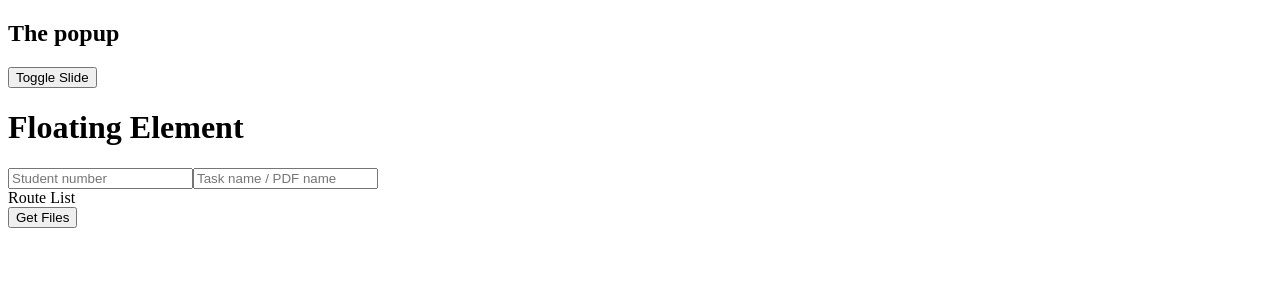
Repository: Morta-Organization/Dropbox-File-Finder-UI-popup-chrome-extension
Page: popup.html
An editor plug-in stored every save of this project. The page is shown before and after the next save, followed by the edit.
The browser window is 1280 px wide. The pictures show the whole page.

Above is the page before, as saved 2023-04-13 09:15:23.
Console error: TypeError: Cannot read properties of undefined (reading 'textContent')

### popup.html
<!DOCTYPE html>
<html lang="en">

<head>
   <meta charset="UTF-8">

   <meta http-equiv="X-UA-Compatible" content="IE=edge">
   <script src="./content.js" defer></script>
   <meta name="viewport" content="width=device-width, initial-scale=1.0">
   <title>Document</title>
</head>

<body>
    <div>
      <h2 class="h2-heading" id="h2Tag1">The popup</h2>
       </div>
    </div>






</body>

</html>

### content.js

let inputField1 = document.createElement("input");
let inputField2 = document.createElement("input");
let getFilesBtn = document.createElement("button");
let routeList = document.createElement("div")

// Function to create the UI elements
function createUI() {
  // Create the floating element properties
  routeList.className = "query-results";
  routeList.textContent = "Route List";
  const inputContainer = document.createElement("div");
  inputContainer.className = "main-input-container";
  let getFilesBtnContainer = document.createElement("div");
  getFilesBtn.className = "button button1 getFIles";
  getFilesBtn.textContent = "Get Files";
  getFilesBtn.addEventListener("click", () => {

  })
  getFilesBtnContainer.appendChild(getFilesBtn);

  const floatingElement = document.createElement("div");
  const header = document.createElement("h1");
  header.innerText = "Floating Element";
  floatingElement.className = "box-layout slide-in-left";


  //create the toggle button
  let slideBtn = document.createElement("button");
    slideBtn.className="slide-btn"
    slideBtn.textContent = "Toggle Slide"
    slideBtn.addEventListener('click', () => {

        floatingElement.classList.toggle('slide-out-left');
        slideBtn.classList.toggle('toggleBtn')
      });

  inputField1.id = "myInputField1";
  inputField1.type = "text";
  inputField1.placeholder = "Student number";

  inputField2.id = "myInputField2";
  inputField2.type = "text";
  inputField2.placeholder = "Task name / PDF name";

  floatingElement.prepend(slideBtn);
  floatingElement.appendChild(header);
  inputContainer.appendChild(inputField1);
  inputContainer.appendChild(inputField2);
  inputContainer.appendChild(routeList);
  inputContainer.appendChild(getFilesBtnContainer);
  floatingElement.appendChild(inputContainer);


  document.body.appendChild(floatingElement);

  // Call function to get page values and update UI elements
  extractTaskName();
  extractStudentNumber()
}

//  Call createUI function to create the UI elements
createUI();


//! Extracts the task name from the page elements
function extractTaskName() {
  // Find all h6 elements containing the word "Task"
  let h6Tags = [...document.querySelectorAll("h6")].filter((task) =>
    task.textContent.includes("Task")
  );

  // Loop through each h6 element and extract the text after "-"
  h6Tags.forEach((task) => {
    const text = task.textContent.trim();
    const index = text.indexOf("-") + 1;

    let result;

    // If the text contains "-", extract the text after "-" and check if it contains ":"
    if (index !== 0) {
      result = text.substring(index).trim();

      // If the result contains ":", extract the text after the last ":" instead
      if (result.includes(":")) {
        const lastIndex = result.lastIndexOf(":") + 1;
        result = result.substring(lastIndex).trim();
      }
    }

    // Log the result
    //console.log(result);
    inputField2.value = result;
  });
}

//! Extract the student number from the page elements
function extractStudentNumber() {
  // Select all h6 elements on the page
  const h6Element = [...document.querySelectorAll("h6")].filter((task) =>
  task.textContent.includes("Student number")
)
    const studentNumber = h6Element[0].textContent.split(":")[1].trim();
    inputField1.value = studentNumber;
}

After the next save:
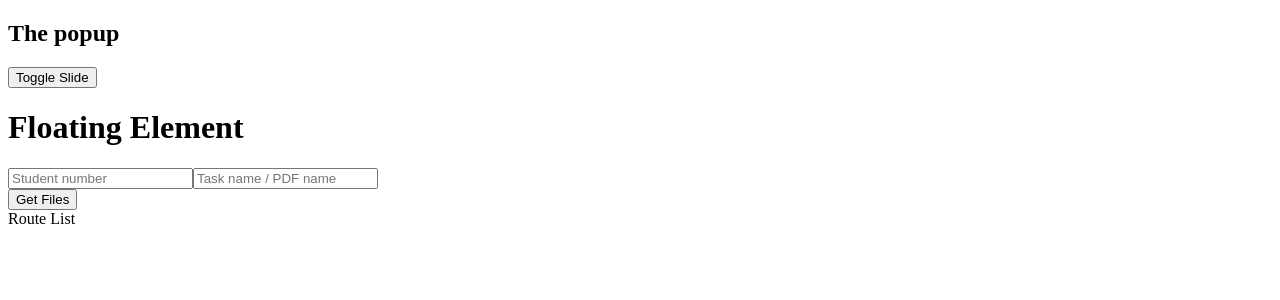
Saved 20 s later.
--- a/content.js
+++ b/content.js
@@ -47,8 +47,9 @@ function createUI() {
   floatingElement.appendChild(header);
   inputContainer.appendChild(inputField1);
   inputContainer.appendChild(inputField2);
+
+  inputContainer.appendChild(getFilesBtnContainer);
   inputContainer.appendChild(routeList);
-  inputContainer.appendChild(getFilesBtnContainer);
   floatingElement.appendChild(inputContainer);
 
 
